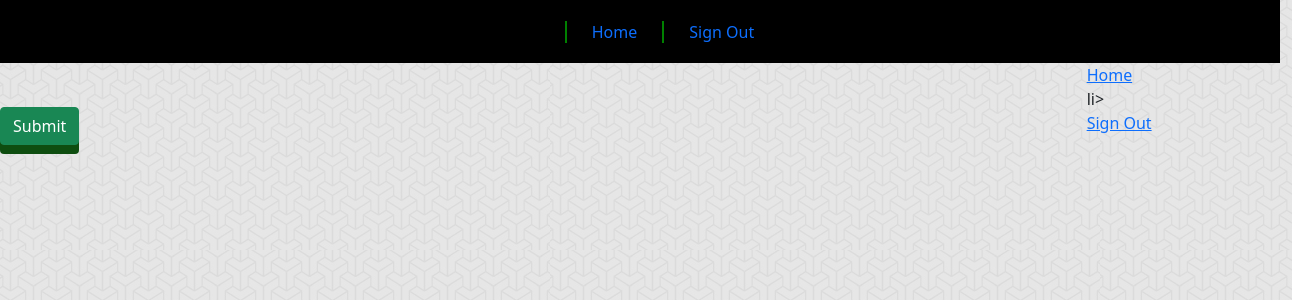
Repository: kavine24/CS490-Python-LMS
Page: html/portal/s/TakeQuiz.html
An editor plug-in stored every save of this project. The page is shown before and after the next save, followed by the edit.
The browser window is 1280 px wide. The page is 1292 px wide, so the pictures cover 1292 px, including what lies to the right of the window. The pictures show the whole page.
The page's requests for data from a server got no answer.

Above is the page before, as saved 2022-04-20 18:29:48.

After the next save:
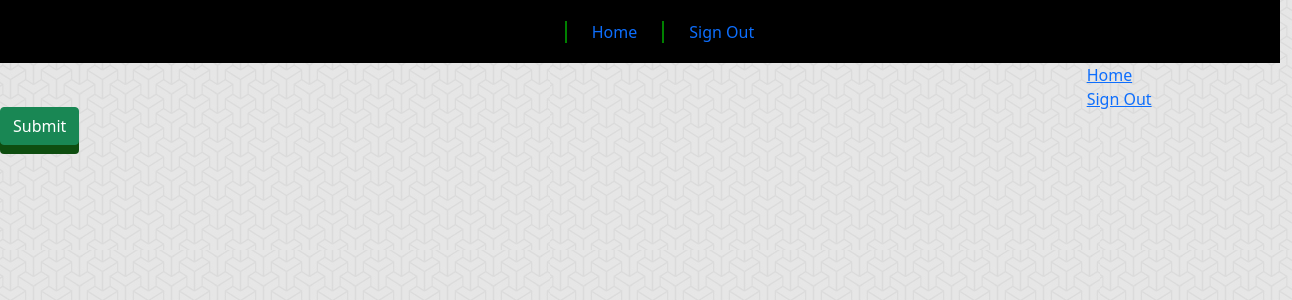
Saved 24 s later.
--- a/html/portal/s/TakeQuiz.html
+++ b/html/portal/s/TakeQuiz.html
@@ -25,7 +25,7 @@
       <div id="legend" class="col-2 legend">
         <ul id="legendUL" class="nav flex-column">
           <li><a href="http://cs490testcenter.ddns.net:50000/portal/s/Home.php">Home</a></li>
-          li><a href="http://cs490testcenter.ddns.net:50000">Sign Out</a></li>
+          <li><a href="http://cs490testcenter.ddns.net:50000">Sign Out</a></li>
         </ul>
       </div>
     </div>
